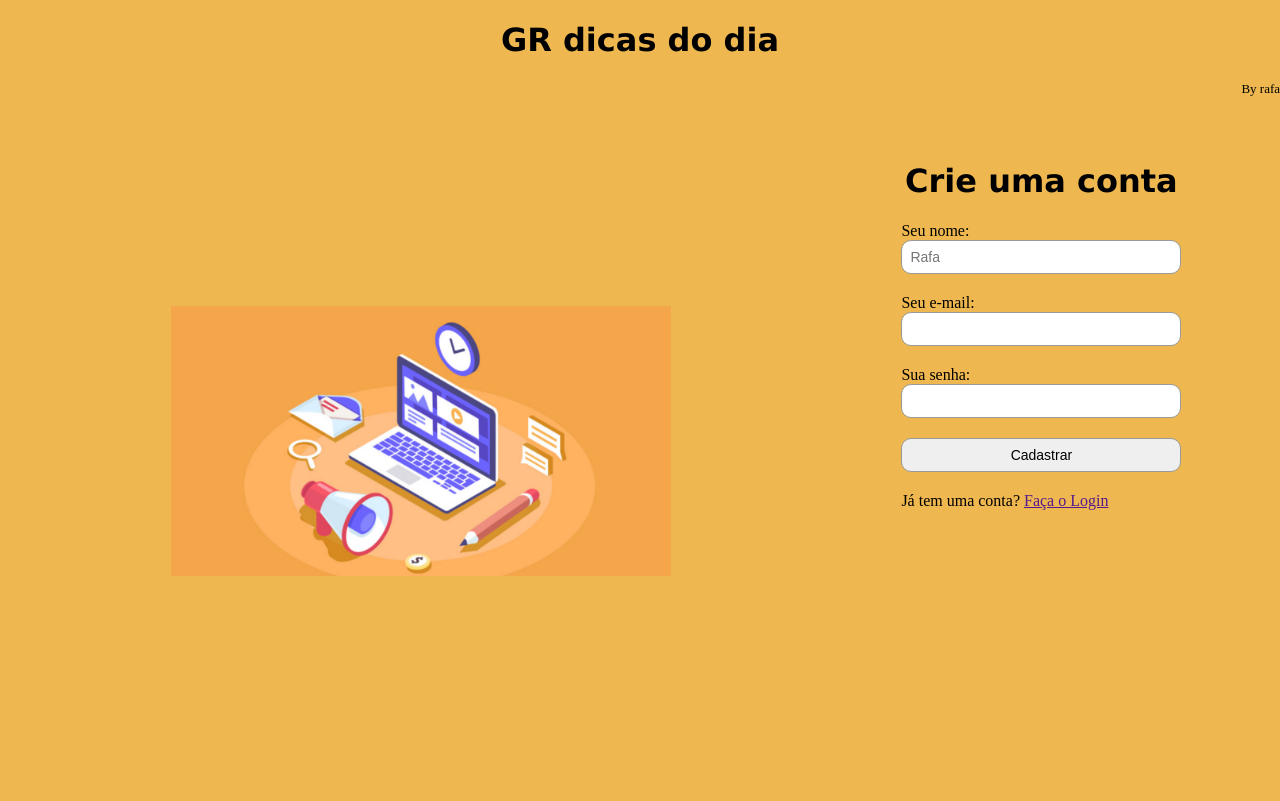
Repository: rafavirginio/tela-de-login
Page: index.html
These files come from the project's save history. The page is drawn as it stood at one moment and after the next save; the edit follows.
The browser window is 1280 px wide. The pictures show the whole page.

Above is the page before, as saved 2020-09-23 00:24:03.

After the next save:
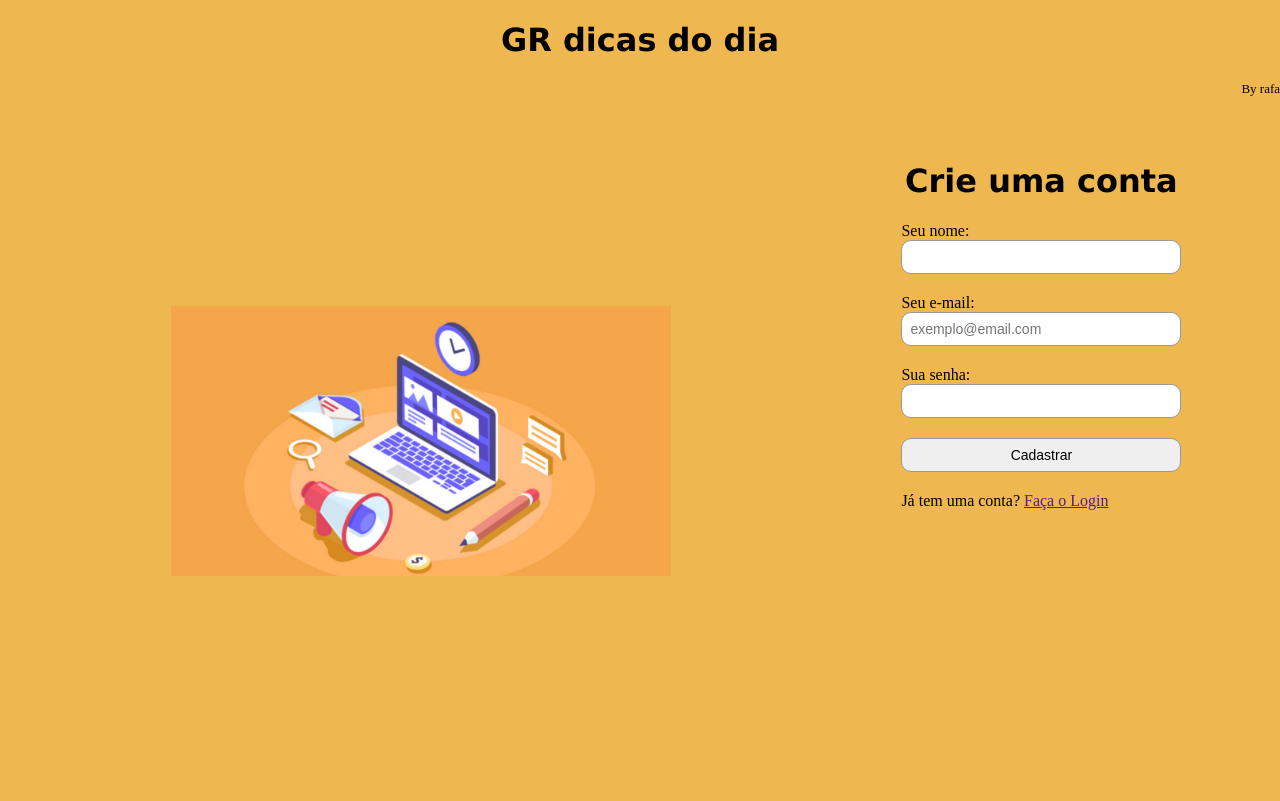
Saved 59 s later.
--- a/index.html
+++ b/index.html
@@ -26,11 +26,11 @@
 
                 <label>
                 Seu nome: <br/>
-                <input type="text" placeholder="Rafa"name="name" data-rules="required|min=2" />
+                <input type="text" name="name" data-rules="required|min=2" />
             </label>
                 <label>
                 Seu e-mail: <br/>
-                <input type="text" name="email" data-rules="required|email" />
+                <input type="text" placeholder="exemplo@email.com" name="email" data-rules="required|email" />
             </label>
                 <label>
                 Sua senha: <br/>
